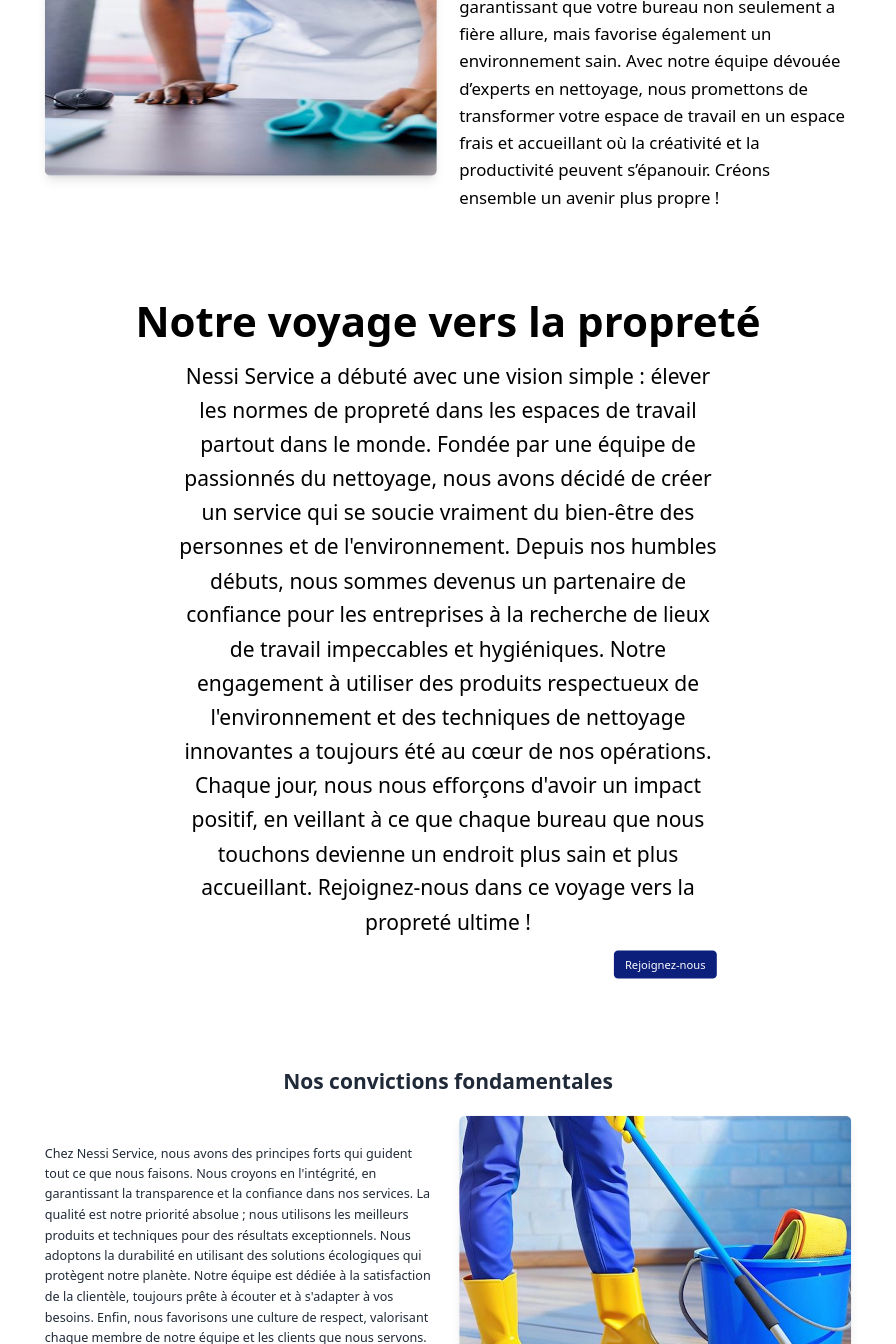
Repository: MDiouf9/Nessi
Page: /About
The author's editor kept a copy of each file at every save. The page is drawn from the files as they stood at one save, then again after the next save.
The browser window is 1280 px wide. The pictures show the part of the page from y = 1040 to 2960 px (the page is 3938 px tall), at 70% of full size.
The project was rebuilt for these pictures with package versions that can differ from the ones it lists, and the page was loaded fresh each time. Also part of the build but not shown: vite.config.js, src/Global.css, src/App.css, src/Pages/Home.jsx, src/Pages/NotFound.jsx, src/components/Countries.jsx, src/Pages/Services.jsx, src/Pages/Contact.jsx.

Above is the page before, as saved 2025-03-10 18:50:02.

### src/main.jsx
import { StrictMode } from 'react'
import { createRoot } from 'react-dom/client'
import './index.css'
import './Global.css'
import App from './App.jsx'

createRoot(document.getElementById('root')).render(
  <StrictMode>
    <App />
  </StrictMode>,
)

### src/index.css
@tailwind base;
@tailwind components;
@tailwind utilities;
























/* :root {
  font-family: Inter, system-ui, Avenir, Helvetica, Arial, sans-serif;
  line-height: 1.5;
  font-weight: 400;

  color-scheme: light dark;
  color: rgba(255, 255, 255, 0.87);
  background-color: #242424;

  font-synthesis: none;
  text-rendering: optimizeLegibility;
  -webkit-font-smoothing: antialiased;
  -moz-osx-font-smoothing: grayscale;
}

a {
  font-weight: 500;
  color: #646cff;
  text-decoration: inherit;
}
a:hover {
  color: #535bf2;
}

body {
  margin: 0;
  display: flex;
  place-items: center;
  min-width: 320px;
  min-height: 100vh;
}

h1 {
  font-size: 3.2em;
  line-height: 1.1;
}

button {
  border-radius: 8px;
  border: 1px solid transparent;
  padding: 0.6em 1.2em;
  font-size: 1em;
  font-weight: 500;
  font-family: inherit;
  background-color: #1a1a1a;
  cursor: pointer;
  transition: border-color 0.25s;
}
button:hover {
  border-color: #646cff;
}
button:focus,
button:focus-visible {
  outline: 4px auto -webkit-focus-ring-color;
}

@media (prefers-color-scheme: light) {
  :root {
    color: #213547;
    background-color: #ffffff;
  }
  a:hover {
    color: #747bff;
  }
  button {
    background-color: #f9f9f9;
  }
} */

### src/App.jsx

import { BrowserRouter , Routes, Route  } from "react-router-dom"
// import reactLogo from './assets/react.svg'
// import viteLogo from '/vite.svg'
import './App.css'
import Home from './Pages/Home'
import NotFound from './Pages/NotFound'
import About from './Pages/About'
import Countries from './components/Countries'
import Services from './Pages/Services'
import Contact from './Pages/Contact'


function App() {

  return (
    <>
     <BrowserRouter>
      <Routes>
        <Route path="/"  element={<Home />} />
        <Route path='/About' element={<About/>} />
        <Route path='/Services' element={<Services/>} />
        <Route path='/Contact' element={<Contact/>} />
        <Route path='/Countries' element={<Countries/>} />
        <Route path='*' element={<NotFound/>} />
      </Routes>
    </BrowserRouter>

    </>
  )
}

export default App

### src/Pages/About.jsx

import Header from '../components/Header'
import SectionWithImage from '../components/Sectionlesft'
import regulier from "../assets/fememenage.png";
import propre from "../assets/mrpropre.png";
import SectionWithTitle from '../components/SectionTitle';
import OurJourneySection from '../components/SectionTexte';
import laveur from "../assets/laveur vitre.png";
import Footer from '../components/Footer';


const About = () => {
  return (
    <div>

        <Header/>
        <section className="bg-[#312783] text-white py-16 flex justify-center items-center">
      <h1 className="text-4xl md:text-6xl font-bold">PURE EXCELLENCE</h1>
    </section>
    {/* section 2 */}
    <section className=" text-white py-16 flex justify-center items-center">
      <h1 className="text-4xl md:text-6xl font-bold"> <section className=" text-black py-16 flex justify-center items-center">
      <h1 className="text-4xl md:text-6xl font-bold text-center">Engagé pour votre espace <br /> propre !</h1>
    </section></h1>
    </section>

        <SectionWithImage
             imageSrc={regulier} // Image à afficher
             altText="Nettoyage en action" // Texte alternatif
             title="" // Titre de la section
             content="Chez Nessi Service, nous pensons qu’un espace de travail propre conduit à des équipes plus heureuses et plus productives. Notre objectif est de fournir des services de nettoyage de premier ordre adaptés à vos besoins uniques. Nous sommes fiers d’utiliser des techniques modernes et des produits respectueux de l’environnement, garantissant que votre bureau non seulement a fière allure, mais favorise également un environnement sain. Avec notre équipe dévouée d’experts en nettoyage, nous promettons de transformer votre espace de travail en un espace frais et accueillant où la créativité et la productivité peuvent s’épanouir. Créons ensemble un avenir plus propre !"
           />

<OurJourneySection />


<SectionWithTitle
  imageSrc={propre}
  altText="Nettoyage professionnel"
  title="Nos convictions fondamentales"
  content=" Chez Nessi Service, nous avons des principes forts qui guident tout ce que nous faisons. Nous croyons en l'intégrité, en garantissant la transparence et la confiance dans nos services. La qualité est notre priorité absolue ; nous utilisons les meilleurs produits et techniques pour des résultats exceptionnels. Nous adoptons la durabilité en utilisant des solutions écologiques qui protègent notre planète. Notre équipe est dédiée à la satisfaction de la clientèle, toujours prête à écouter et à s'adapter à vos besoins. Enfin, nous favorisons une culture de respect, valorisant chaque membre de notre équipe et les clients que nous servons. Ensemble, nous créons des espaces plus propres et plus sains !"
/>


<section className="relative bg-cover bg-center py-16 h-96 flex items-center justify-center"
      style={{ backgroundImage: `url(${laveur})` }}>

      {/* Overlay transparent */}
      <div className="absolute inset-0 bg-white bg-opacity-40"></div>

      {/* Texte au milieu */}
      <h2 className="relative text-2xl md:text-3xl font-bold text-black text-center px-6">
        Un espace propre inspire la créativité et la productivité.
        <br />Choisissez <span className="text-[#312783]">Nessi Service</span> pour briller!
      </h2>

    </section>
  <Footer/>
    </div>
  )
}

export default About

### src/components/Header.jsx
import  { useState } from "react";
import { Link } from "react-router-dom";
import logo from "../assets/logo1.png";

const navLinks = [
  { name: "Accueil", path: "/" },
  { name: "À propos", path: "/about" },
  { name: "Nos services", path: "/services" },
  { name: "Contact", path: "/contact" }
];

const Header = () => {
  const [isMenuOpen, setIsMenuOpen] = useState(false); // État pour gérer l'ouverture du menu mobile

  return (
    <header className="bg-[#312783] text-white p-4 shadow-lg">
      <div className="container mx-auto flex justify-between items-center">
        {/* Logo */}
        <img src={logo} alt="Logo" className="h-20" />

        {/* Menu burger pour mobile */}
        <button
          className="lg:hidden text-white text-2xl"
          onClick={() => setIsMenuOpen(!isMenuOpen)}
          aria-label="Toggle Menu"
        >
          {isMenuOpen ? (
            <span>&#10005;</span>  // Croix de fermeture du menu
          ) : (
            <span>&#9776;</span>  // Icône hamburger
          )}
        </button>

        {/* Navigation */}
        <nav className={`lg:flex ${isMenuOpen ? "block" : "hidden"} lg:bg-transparent bg-[#312783]`}>
          <ul className="lg:flex lg:space-x-8 flex-col lg:flex-row space-y-4 lg:space-y-0 p-6 lg:p-0">
            {navLinks.map((link, index) => (
              <li key={index} className="relative">
                <Link
                  to={link.path}
                  className="hover:text-gray-300 text-lg transition-colors duration-300 ease-in-out"
                >
                  {link.name}
                </Link>
                {/* Ajouter une barre sous le lien actif */}
              </li>
            ))}
          </ul>
        </nav>
      </div>


    </header>
  );
};

export default Header;

### src/components/Footer.jsx
import { FaFacebook, FaInstagram, FaLinkedin, FaTwitter, FaPhone, FaMapMarkerAlt, FaEnvelope } from "react-icons/fa";
import logo from "../assets/logo1.png";

const Footer = () => {
  return (
    <div>
        <footer className="bg-[#0B1F7B] text-white py-10">
    <div className="flex ">
          <img src={logo} alt="Logo" className="h-28" />
        </div>
      <div className="container mx-auto px-6">


        {/* Première section */}
        <div className="flex flex-col lg:flex-row justify-between items-start mt-8 gap-8">
          {/* Première colonne */}
          <div className="lg:w-1/3 flex flex-col items-center text-center">
            <p className="mt-4 text-lg">
              NESSI Service garantit des services de nettoyage professionnels pour un espace propre, sain et accueillant.
            </p>
            <h2 className="py-4">SUIVEZ NOUS:</h2>
            <div className="mt-4 flex space-x-4">

              <a href="#" className="text-gray-300 hover:text-white">
                <FaFacebook size={24} />
              </a>
              <a href="#" className="text-gray-300 hover:text-white">
                <FaInstagram size={24} />
              </a>
              <a href="#" className="text-gray-300 hover:text-white">
                <FaLinkedin size={24} />
              </a>
              <a href="#" className="text-gray-300 hover:text-white">
                <FaTwitter size={24} />
              </a>
            </div>
          </div>

          {/* Deuxième colonne */}
          <div className="lg:w-1/3 flex flex-col items-center">
            <h3 className="text-xl font-bold">Navigation</h3>
            <ul className="mt-4 space-y-2 text-center">
              <li><a href="/services" className="hover:text-gray-300">Services</a></li>
              <li><a href="/" className="hover:text-gray-300">Accueil</a></li>
              <li><a href="/services" className="hover:text-gray-300">Nos Services</a></li>
              <li><a href="/about" className="hover:text-gray-300">À propos de nous</a></li>
            </ul>
          </div>

          {/* Troisième colonne */}
          <div className="lg:w-1/3 flex flex-col items-center">
            <h3 className="text-xl font-bold">Contact</h3>
            <ul className="mt-4 space-y-4 text-center">
              <li className="flex items-center justify-center gap-2">
                <FaPhone className="text-gray-300" />
                +221 77 096 41 65
              </li>
              <li className="flex items-center justify-center gap-2">
                <FaMapMarkerAlt className="text-gray-300" />
                Dakar, Sénégal, HLM 4, Villa n°1195
              </li>
              <li className="flex items-center justify-center gap-2">
                <FaEnvelope className="text-gray-300" />
                <a href="mailto:nessiservice@gmail.com" className="hover:text-gray-300">nessiservice@gmail.com</a>
              </li>
            </ul>
          </div>
        </div>

        {/* Texte footer avec mentions légales et copyright */}

      </div>
    </footer>
    <div className="mx-2   py-2 ">
          <p className="text-sm">Mentions légales  Conditions de confidentialité @Bysouadou © 2024 NESSI Service. Tous droits réservés.


          </p>
        </div>
         </div>
  );
};

export default Footer;

### src/components/Sectionlesft.jsx
const SectionWithImage = ({ imageSrc, altText, title, content }) => {
    return (
      <section className="bg-white py-16 px-6 md:px-16">
        <div className="container mx-auto flex flex-col md:flex-row items-center gap-8">
          {/* Image à gauche */}
          <div className="md:w-1/2 flex justify-aound items-center">
            <img src={imageSrc} alt={altText} className="w-full h-full max-h-[500px] object-center  rounded-lg shadow-lg" />
          </div>

          {/* Texte à droite */}
          <div className="md:w-1/2 flex flex-col justify-center h-full">
            <h2 className="text-3xl font-bold mb-4">{title}</h2>
            <p className="text-2xl leading-relaxed">{content}</p>
          </div>
        </div>
      </section>
    );
  };

  export default SectionWithImage;

### src/components/SectionTitle.jsx
const SectionWithTitle = ({ imageSrc, altText, title, content }) => {
    return (
      <section className="bg-white py-16 px-6 md:px-16">
        <div className="container mx-auto text-center mb-8">
          <h2 className="text-3xl font-bold text-gray-800">{title}</h2>
        </div>

        <div className="container mx-auto flex flex-col md:flex-row items-center gap-8">
          {/* Texte à gauche */}
          <div className="md:w-1/2 flex flex-col justify-center h-full text-gray-800">
            <p className="text-lg leading-relaxed">{content}</p>
          </div>

          {/* Image à droite */}
          <div className="md:w-1/2 flex justify-center items-center">
            <img src={imageSrc} alt={altText} className="w-full h-full max-h-[400px] object-cover rounded-lg shadow-lg" />
          </div>
        </div>
      </section>
    );
  };

  export default SectionWithTitle;

### src/components/SectionTexte.jsx
const OurJourneySection = () => {
    return (
      <section className="text-black py-16 px-6 md:px-16">
        <div className="container mx-auto text-center">
          {/* Titre */}
          <h2 className="text-6xl font-bold mb-6">Notre voyage vers la propreté</h2>

          {/* Texte + bouton aligné à gauche */}
          <div className="max-w-3xl mx-auto text-right">
            <p className="text-3xl text-center leading-relaxed">
            Nessi Service a débuté avec une vision simple : élever les normes de propreté dans les espaces de travail partout dans le monde. Fondée par une équipe de passionnés du nettoyage, nous avons décidé de créer un service qui se soucie vraiment du bien-être des personnes et de l'environnement. Depuis nos humbles débuts, nous sommes devenus un partenaire de confiance pour les entreprises à la recherche de lieux de travail impeccables et hygiéniques. Notre engagement à utiliser des produits respectueux de l'environnement et des techniques de nettoyage innovantes a toujours été au cœur de nos opérations. Chaque jour, nous nous efforçons d'avoir un impact positif, en veillant à ce que chaque bureau que nous touchons devienne un endroit plus sain et plus accueillant. Rejoignez-nous dans ce voyage vers la propreté ultime !
            </p>

            {/* Bouton aligné à gauche */}
            <div className="mt-4">
              <button className="bg-[#0B1F7B] px-4 py-2 text-white rounded-md">Rejoignez-nous</button>
            </div>
          </div>
        </div>
      </section>
    );
  };

  export default OurJourneySection;

Loaded but not shown: index.html (common file); tailwind.config.js (common file)

After the next save:
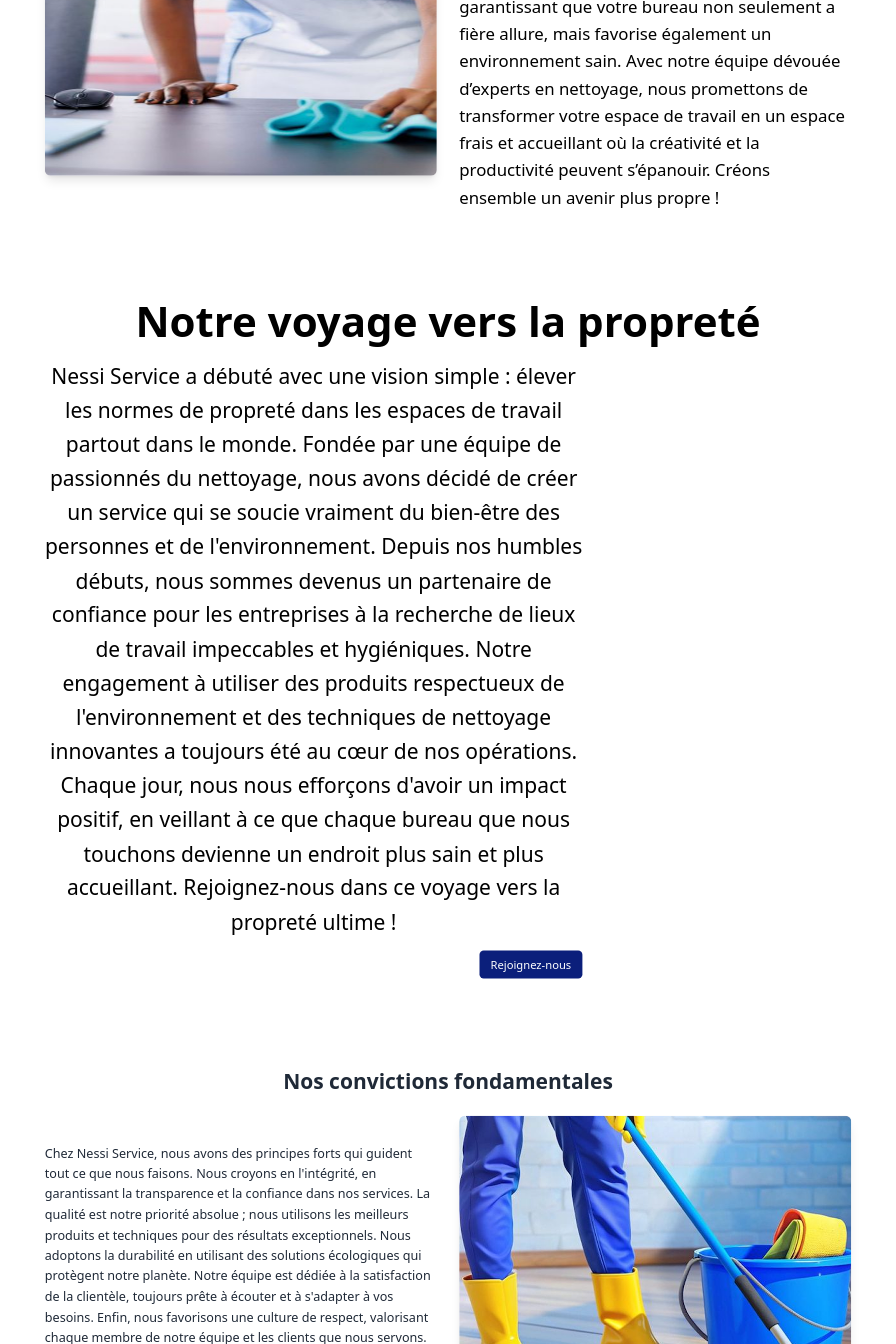
Saved 19 s later.
--- a/src/components/SectionTexte.jsx
+++ b/src/components/SectionTexte.jsx
@@ -6,7 +6,7 @@
           <h2 className="text-6xl font-bold mb-6">Notre voyage vers la propreté</h2>
 
           {/* Texte + bouton aligné à gauche */}
-          <div className="max-w-3xl mx-auto text-right">
+          <div className="max-w-3xl  text-right">
             <p className="text-3xl text-center leading-relaxed">
             Nessi Service a débuté avec une vision simple : élever les normes de propreté dans les espaces de travail partout dans le monde. Fondée par une équipe de passionnés du nettoyage, nous avons décidé de créer un service qui se soucie vraiment du bien-être des personnes et de l'environnement. Depuis nos humbles débuts, nous sommes devenus un partenaire de confiance pour les entreprises à la recherche de lieux de travail impeccables et hygiéniques. Notre engagement à utiliser des produits respectueux de l'environnement et des techniques de nettoyage innovantes a toujours été au cœur de nos opérations. Chaque jour, nous nous efforçons d'avoir un impact positif, en veillant à ce que chaque bureau que nous touchons devienne un endroit plus sain et plus accueillant. Rejoignez-nous dans ce voyage vers la propreté ultime !
             </p>

After the save that followed:
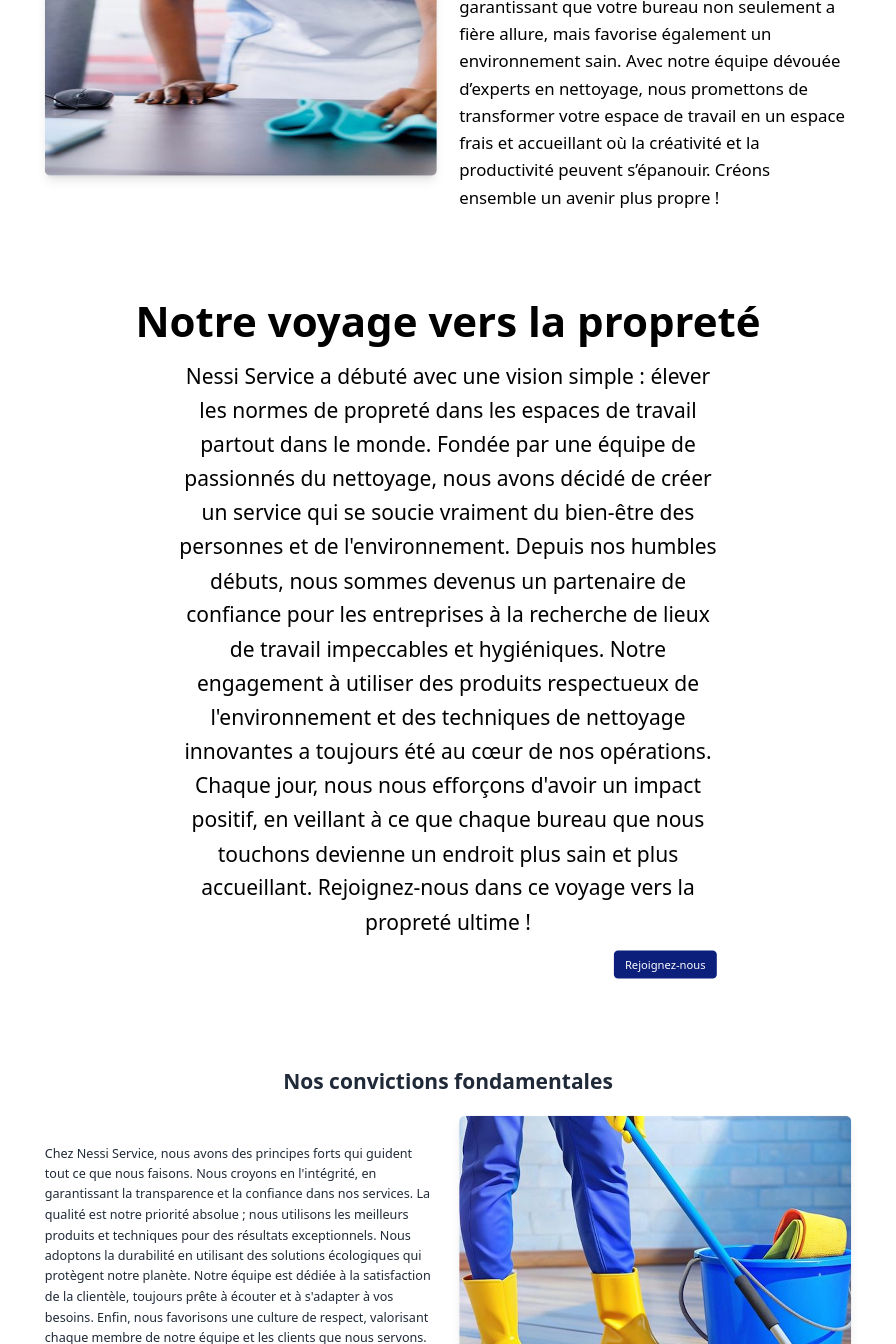
Saved 9 s later.
--- a/src/components/SectionTexte.jsx
+++ b/src/components/SectionTexte.jsx
@@ -6,7 +6,7 @@
           <h2 className="text-6xl font-bold mb-6">Notre voyage vers la propreté</h2>
 
           {/* Texte + bouton aligné à gauche */}
-          <div className="max-w-3xl  text-right">
+          <div className="max-w-3xl mx-auto text-right">
             <p className="text-3xl text-center leading-relaxed">
             Nessi Service a débuté avec une vision simple : élever les normes de propreté dans les espaces de travail partout dans le monde. Fondée par une équipe de passionnés du nettoyage, nous avons décidé de créer un service qui se soucie vraiment du bien-être des personnes et de l'environnement. Depuis nos humbles débuts, nous sommes devenus un partenaire de confiance pour les entreprises à la recherche de lieux de travail impeccables et hygiéniques. Notre engagement à utiliser des produits respectueux de l'environnement et des techniques de nettoyage innovantes a toujours été au cœur de nos opérations. Chaque jour, nous nous efforçons d'avoir un impact positif, en veillant à ce que chaque bureau que nous touchons devienne un endroit plus sain et plus accueillant. Rejoignez-nous dans ce voyage vers la propreté ultime !
             </p>
